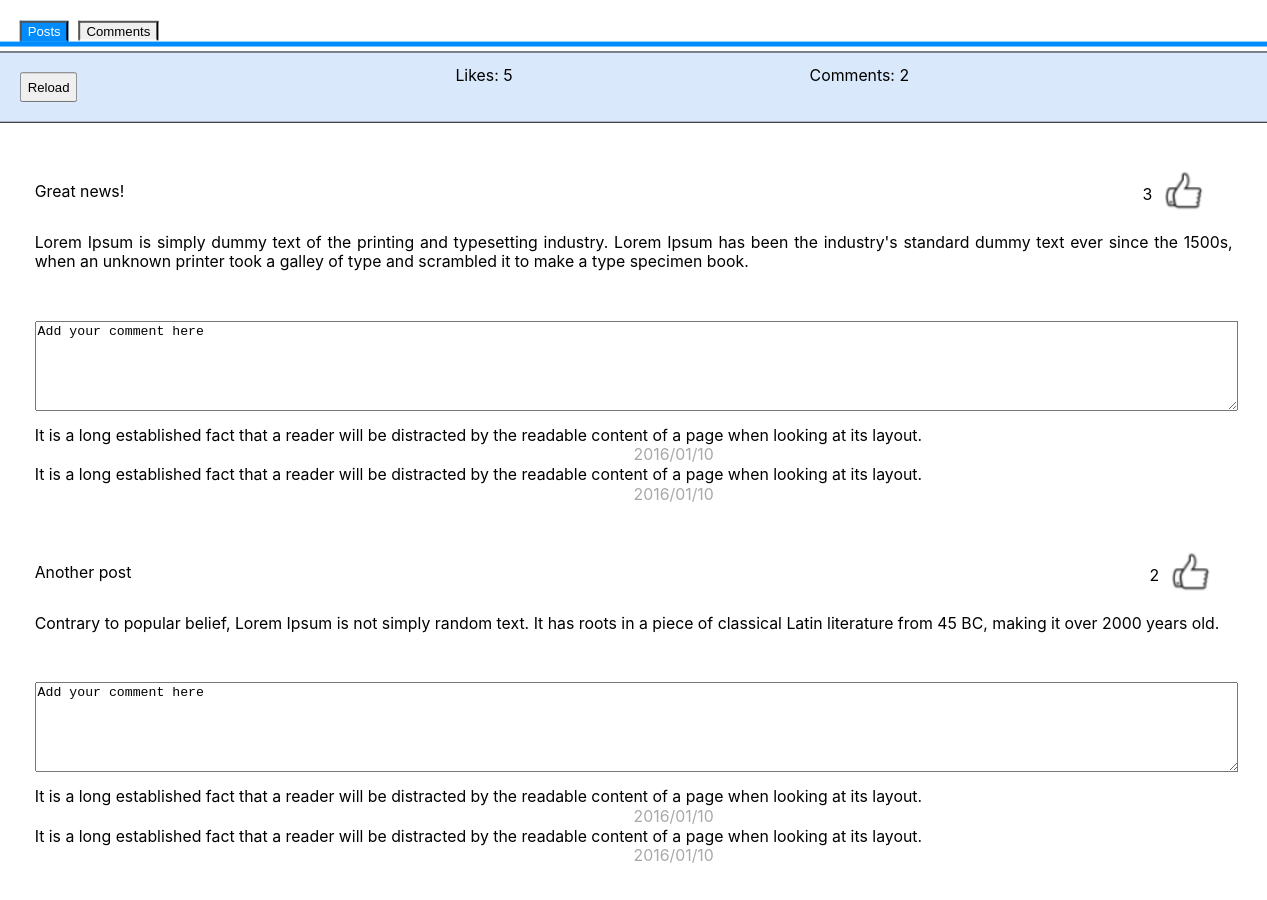
Repository: milosKomiRajkovic94/cleverbit-project
Page: /
The author's editor kept a copy of each file at every save. The page is drawn from the files as they stood at one save, then again after the next save.
The browser window is 1280 px wide. The pictures show the whole page, at 99% of full size.
The project was rebuilt for these pictures with package versions that can differ from the ones it lists, and the page was loaded fresh each time. Also part of the build but not shown: src/utils/Loader.js.

Above is the page before, as saved 2020-10-13 20:51:57.

After the next save:
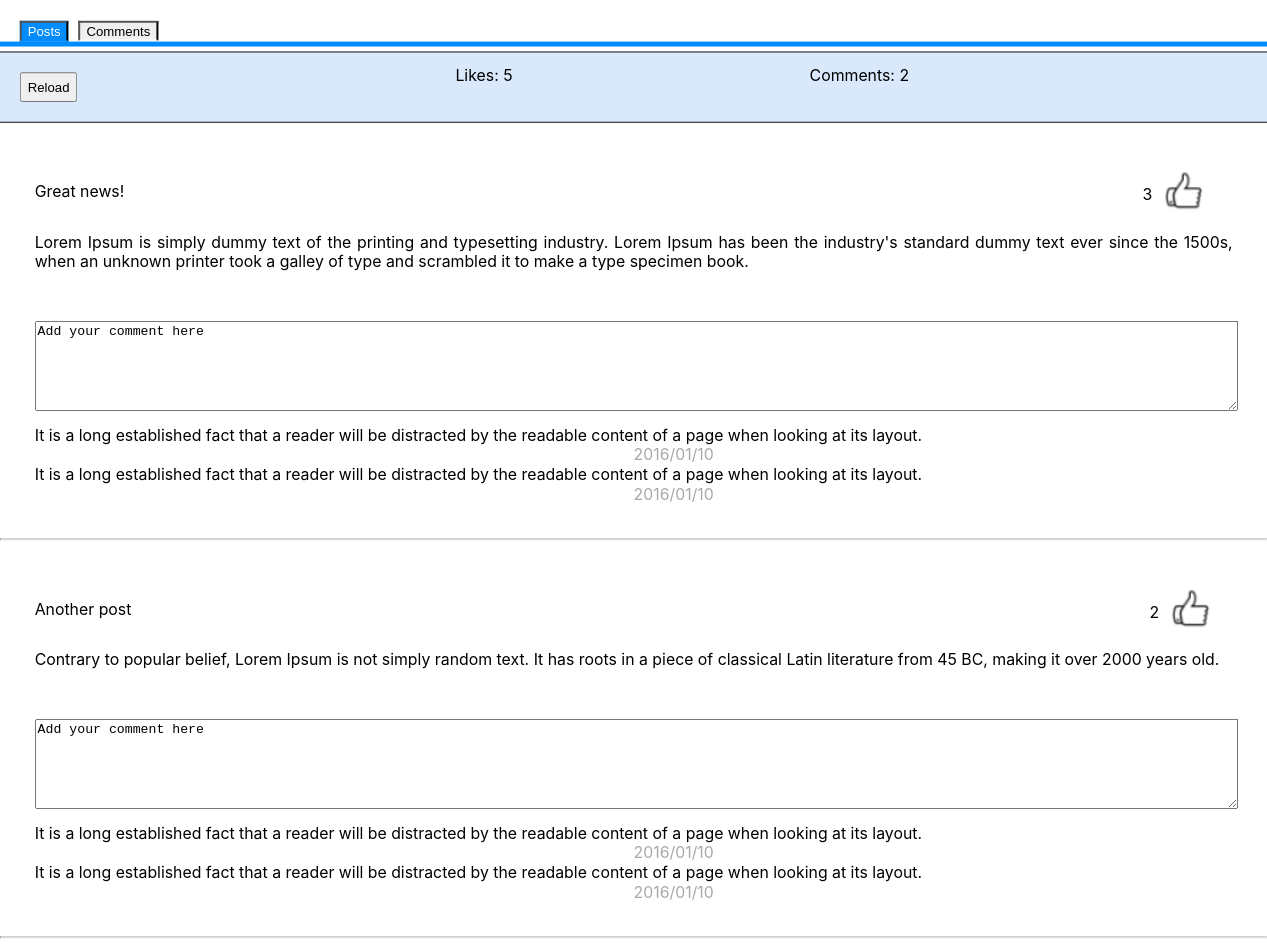
Saved 55 s later.
--- a/src/components/PostsComponents/PostsContainer.js
+++ b/src/components/PostsComponents/PostsContainer.js
@@ -27,13 +27,16 @@ const PostsContainer = ({
             <div className="postsContainer">
                 {currentPosts.map((singlePost) => {
                     return(
-                        <Post
-                            key={"singlePost" + singlePost.id}
-                            title={singlePost.title}
-                            comments={singlePost.comments}
-                            description={singlePost.description}
-                            numberOfLikes={singlePost.numberOfLikes}
-                        />
+                        <>
+                            <Post
+                                key={"singlePost" + singlePost.id}
+                                title={singlePost.title}
+                                comments={singlePost.comments}
+                                description={singlePost.description}
+                                numberOfLikes={singlePost.numberOfLikes}
+                            />
+                            <hr className="singlePostHr" />
+                        </>
                     )
                 })}
             </div>
